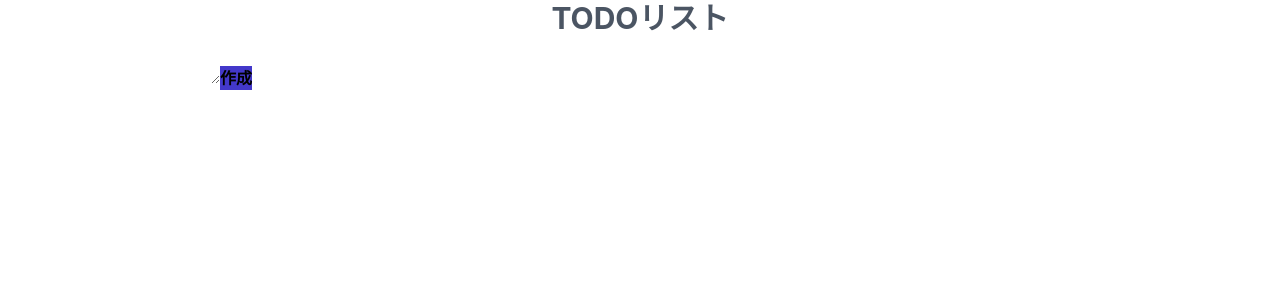
Repository: 1718wani/tsmemoapp
Page: /
These files come from the project's save history. The page is drawn as it stood at one moment and after a run of saves; the edit follows.
The browser window is 1280 px wide. The pictures show the whole page.
The project was rebuilt for these pictures with package versions that can differ from the ones it lists, and the page was loaded fresh each time. Also part of the build but not shown: webpack.config.js, src/App.css.

Above is the page before, as saved 2023-06-10 20:04:13.

After the next 3 saves:
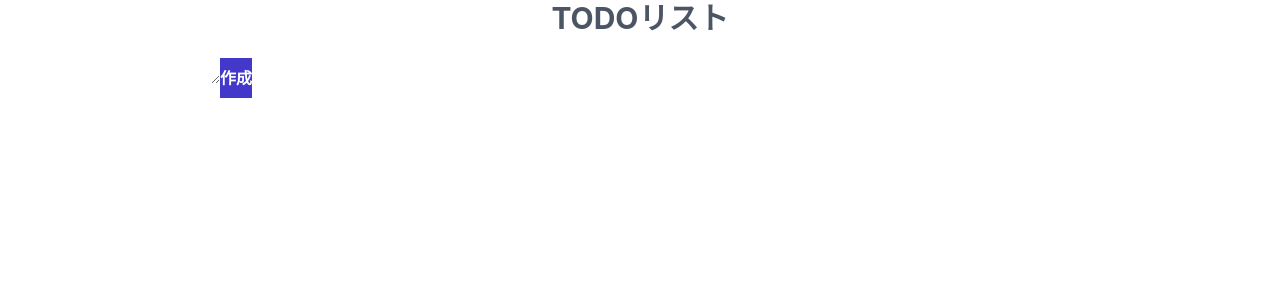
The 3 saves are shown as one change because they came seconds apart.
The last was saved 9 s later.
--- a/src/App.tsx
+++ b/src/App.tsx
@@ -62,7 +62,7 @@ function App() {
             onChange={(e) => handleChange(e)}
             className="inputText"
           />
-          <input type="submit" value="作成" className="bg-indigo-700 font-semibold" />
+          <input type="submit" value="作成" className="bg-indigo-700 font-semibold text-white py-2" />
         </form>
         <div>
           {imagePreview && <img src={imagePreview} alt="Pasted preview" />}
